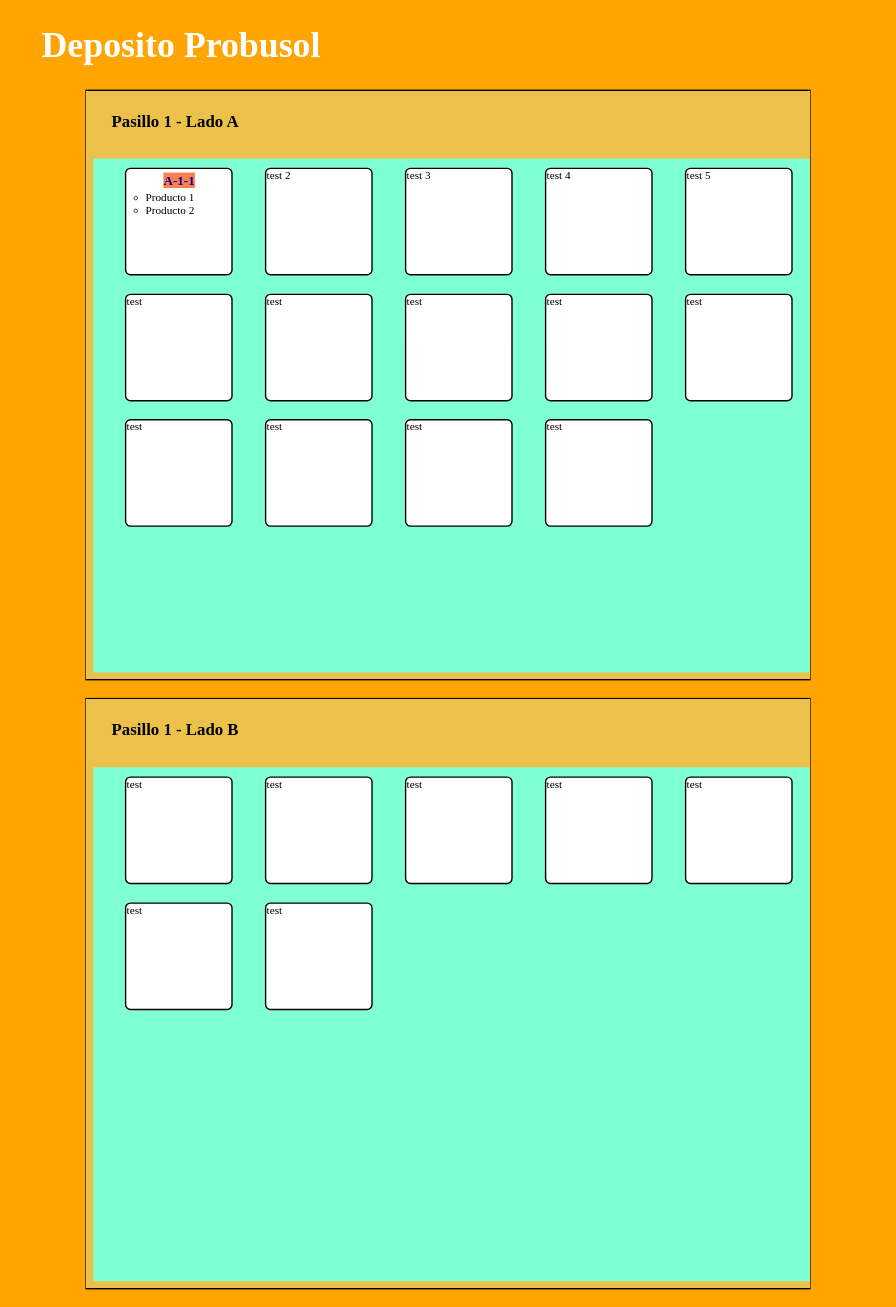
Repository: Franzcod/DepoStock_Web
Page: index.html
The author's editor kept a copy of each file at every save. The page is drawn from the files as they stood at one save, then again after the next save.
The browser window is 1280 px wide. The pictures show the whole page, at 70% of full size.

Above is the page before, as saved 2020-06-07 18:59:11.
Console error: ReferenceError: ur is not defined

### index.html
<!DOCTYPE html>
<html lang="en">
<head>
    <meta charset="UTF-8">
    <meta name="viewport" content="width=device-width, initial-scale=1.0">
    <title>Deposito Probusol</title>

    <link rel="stylesheet" href="estilo/estilo.css">
</head>
<body>

    <div class="titulo">
        <h1>Deposito Probusol</h1>
    </div>


    <div class="app">
        <h2>Pasillo 1 - Lado A</h2>

        <ul class="hs">
            <li class="item">
                <h3 class="tituloPos">A-1-1</h3>
                <ul class="listaProduc">
                    <li class="producto"> Producto 1</li>
                    <li class="producto"> Producto 2</li>
                </ul>
            </li>
            <li class="item">test 2</li>
            <li class="item">test 3</li>
            <li class="item">test 4</li>
            <li class="item">test 5</li>
            <li class="item">test 6</li>
            <li class="item">test 7</li>
            <li class="item">test 8</li>
            <li class="item">test 9</li>
            <li class="item">test</li>
            <li class="item">test</li>
            <li class="item">test</li>
            <li class="item">test</li>
            <li class="item">test</li>
            <li class="item">test</li>
            <li class="item">test</li>
            <li class="item">test</li>
            <li class="item">test</li>
            <li class="item">test</li>
            <li class="item">test</li>
            <li class="item">test</li>
            <li class="item">test</li>
            <li class="item">test</li>
            <li class="item">test</li>

        </ul>

        <!-- <div class="container">
            <div class="item">
            <h3>Block for context</h3>
            </div>
        </div> -->
    </div>

    <div class="app">
        <h2>Pasillo 1 - Lado B</h2>

        <ul class="hs">
            <li class="item">test</li>
            <li class="item">test</li>
            <li class="item">test</li>
            <li class="item">test</li>
            <li class="item">test</li>
            <li class="item">test</li>
            <li class="item">test</li>
            <li class="item">test</li>
            <li class="item">test</li>
            <li class="item">test</li>
            <li class="item">test</li>
            <li class="item">test</li>

        </ul>

        <!-- <div class="container">
            <div class="item">
            <h3>Block for context</h3>
            </div>
        </div> -->
    </div>






    <script>ur</script>

</body>







</html>

### estilo/estilo.css
html{
    background-color: rgba(255, 164, 0, 1);
}

.titulo{
    margin: 2vw 4vw;
    align-items: flex-start;
    color: #fff;
    font-size: 2vw;
}


:root {
--gutter: 20px;
}

.app {
    padding: 10px;
    display: grid;
    grid-gap: var(--gutter) 0;
    border: 2px solid black;
    /* grid-template-columns: var(--gutter) 1fr var(--gutter);  */
    align-content: start;
    width: 80%;
    height: 75%;
    background: rgb(235, 192, 75);
    /* overflow-y: scroll; */
    margin: 2vw auto;
    overflow-x: auto;
}


.hs {
    display: grid;
    grid-template-columns: repeat(10, 1fr);
    grid-template-rows: repeat(4, 1fr);
    overflow-x: auto;
    /* scroll-snap-type: x proximity; */
    padding-bottom: calc(.75 * var(--gutter));
    background-color: aquamarine;
    width: 2000px;
    align-items: center;
    margin: auto;
}

h2{
    margin-left: 2vw;
}


.item {
    /* scroll-snap-align: center; */
    /* padding: 2px;  */
    display: flex;
    flex-direction: column;
    justify-content: start;
    align-items: flex-start;
    background: #fff;
    border: 2px solid black;
    border-radius: 8px;
    height: 150px;
    width: 150px;
    margin: 1vw 5px;

}


.tituloPos{
    margin: 5px auto ;
    color: darkblue;
    background-color: coral;
}
.listaProduc{
    margin-left: 2px;
    padding-left: 25px;
}

After the next save:
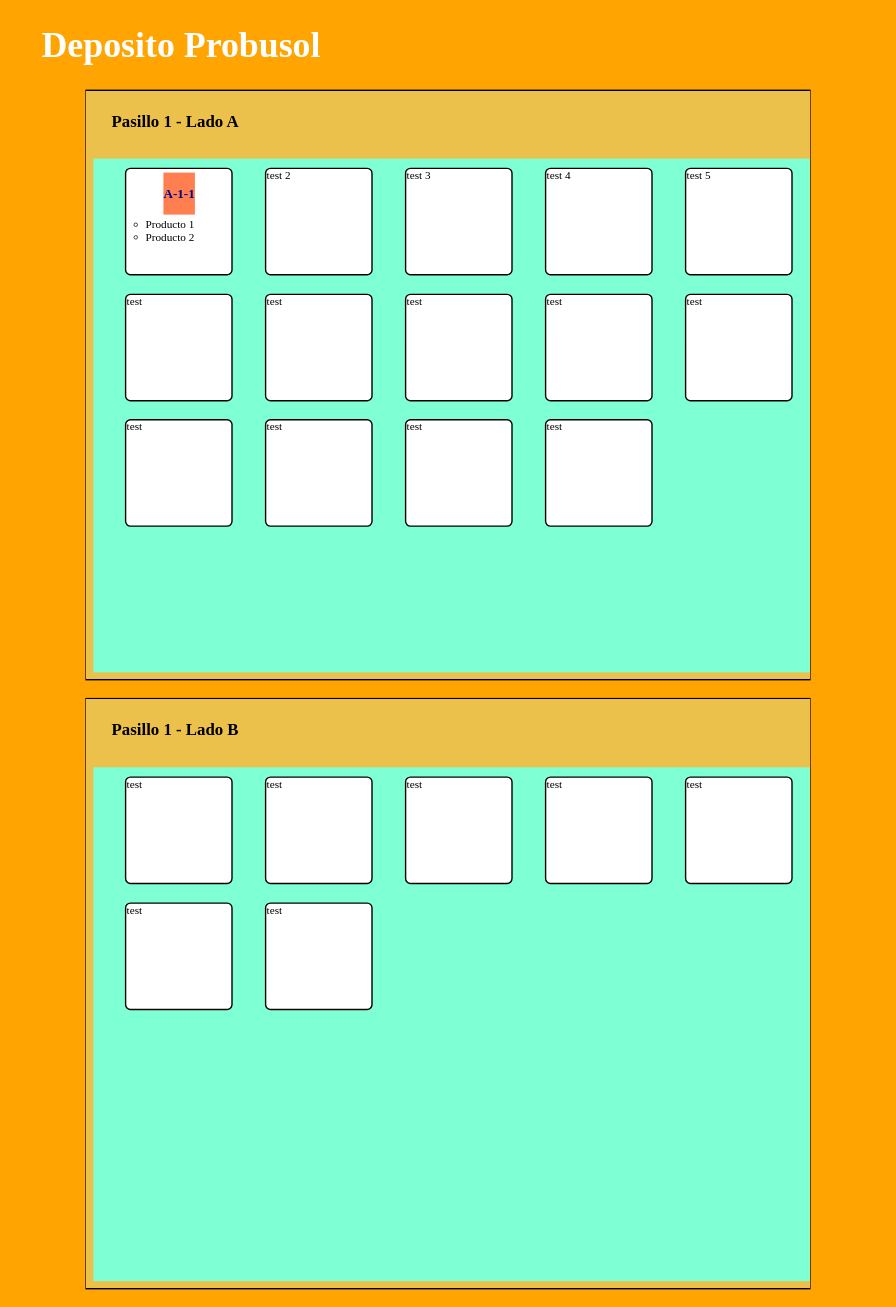
Saved 56 s later.
--- a/index.html
+++ b/index.html
@@ -18,13 +18,17 @@
         <h2>Pasillo 1 - Lado A</h2>
 
         <ul class="hs">
+
             <li class="item">
-                <h3 class="tituloPos">A-1-1</h3>
+                <div class="tituloPos">
+                    <h3 >A-1-1</h3>
+                </div>
                 <ul class="listaProduc">
                     <li class="producto"> Producto 1</li>
                     <li class="producto"> Producto 2</li>
                 </ul>
             </li>
+
             <li class="item">test 2</li>
             <li class="item">test 3</li>
             <li class="item">test 4</li>
